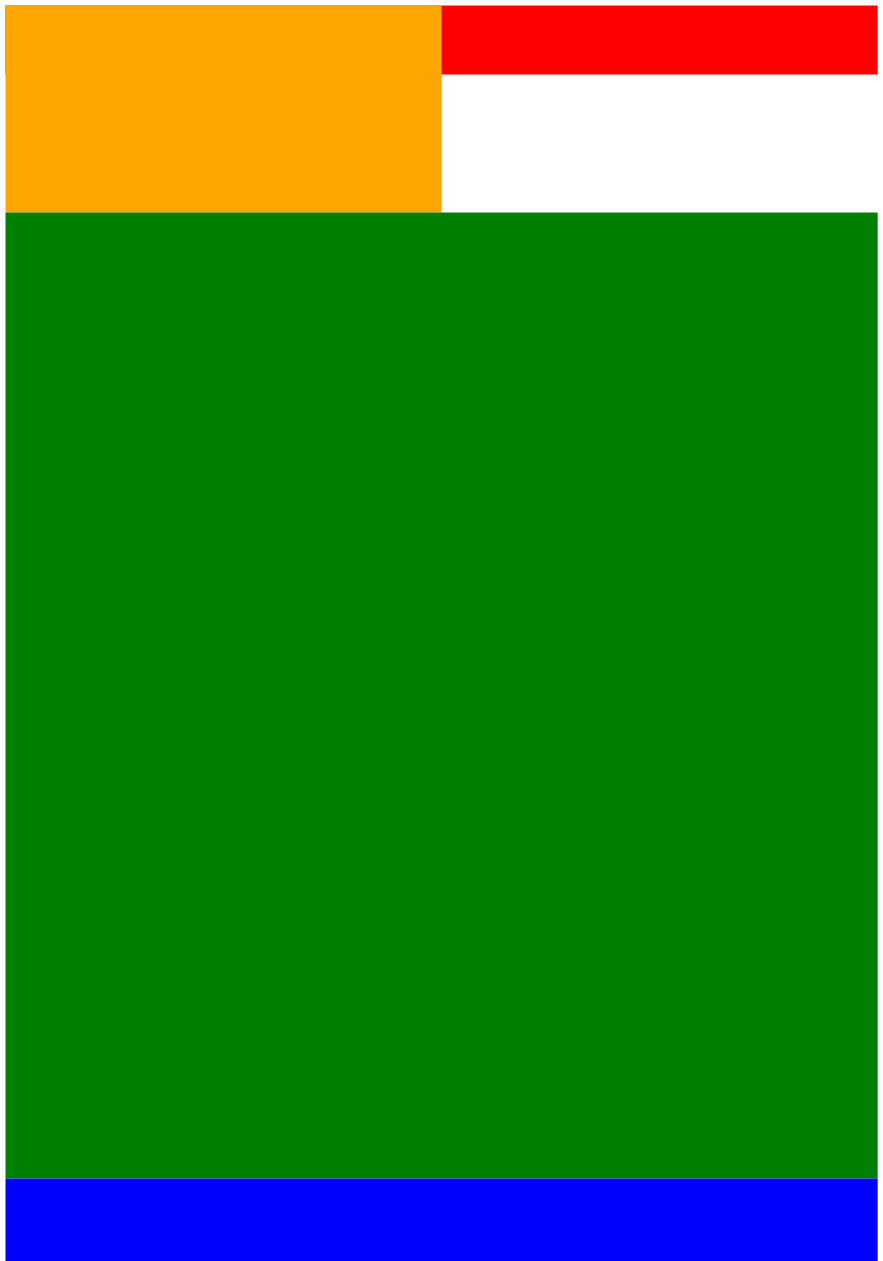
Repository: Souax/prac_20231021
Page: caravan/index.html
The author's editor kept a record of every edit. The page is drawn from the files as they stood at one moment, then again after the next edit.
The browser window is 1280 px wide. The pictures show the whole page, at 69% of full size.

Above is the page before.

After the next edit:
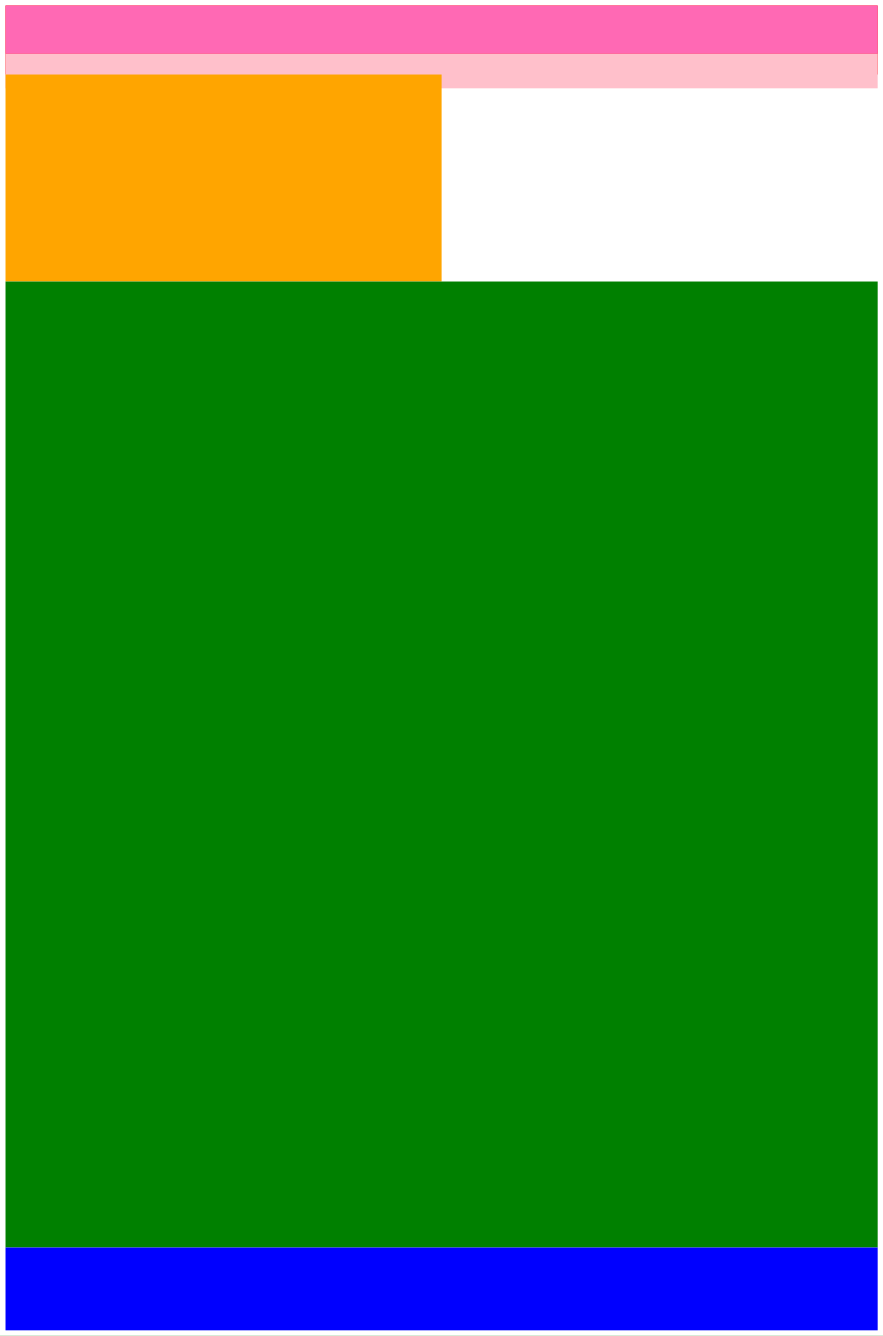
The edit:
--- a/caravan/index.html
+++ b/caravan/index.html
@@ -8,11 +8,10 @@
 
   <body>
     <div class="header">
-      <!DOCTYPE html>
-      <html>
-        <div class=
-      </html>
+        <div class="header-top"></div>
+        <div class="header-bottom"></div>
     </div>
+
     <div class="main-visual"></div>
     <div class="main"></div>
     <div class="footer"></div>
